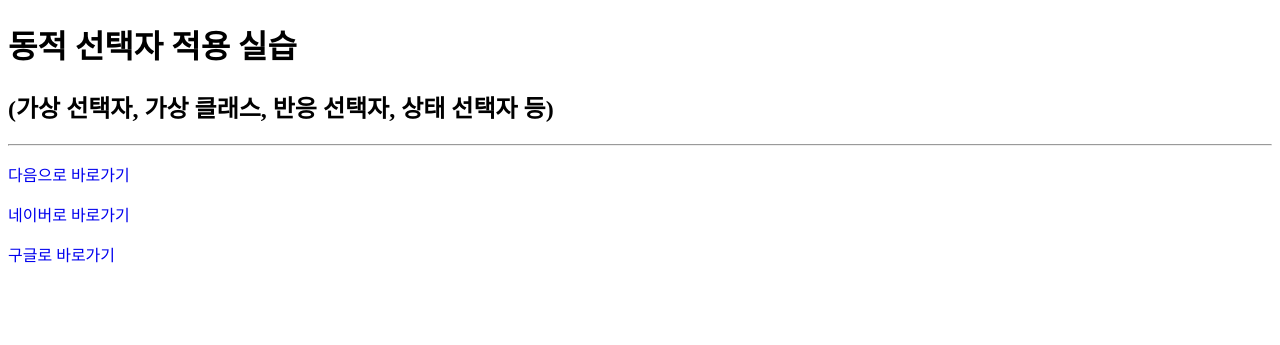
Repository: lolsoyeon/WebStudy
Page: WebApp02/WebContent/Test011.html
An editor plug-in stored every save of this project. The page is shown before and after the next save, followed by the edit.
The browser window is 1280 px wide. The pictures show the whole page.

Above is the page before, as saved 2022-09-28 03:24:36.

After the next save:
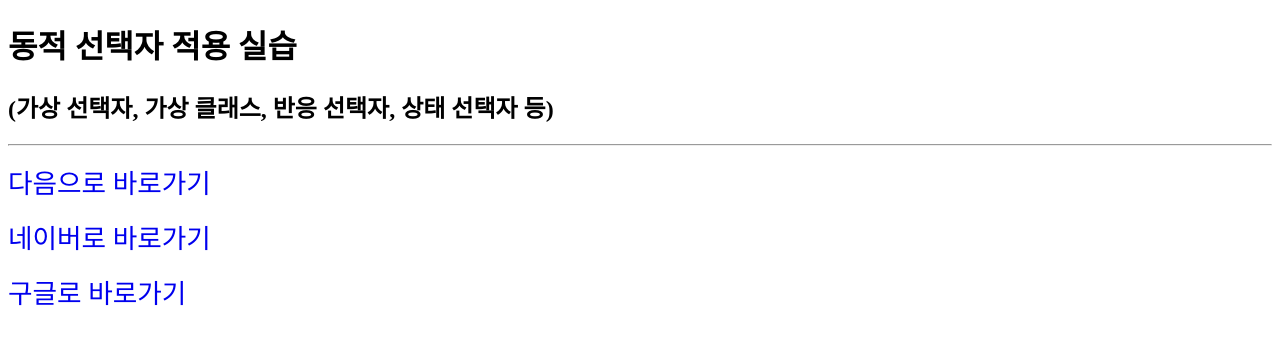
Saved 23 s later.
--- a/WebApp02/WebContent/Test011.html
+++ b/WebApp02/WebContent/Test011.html
@@ -6,7 +6,7 @@
 
 <style type="text/css">
 
- a {text-decoration: none;}
+	 a {text-decoration: none; font-size: 20pt;}
 
 </style>
 </head>
